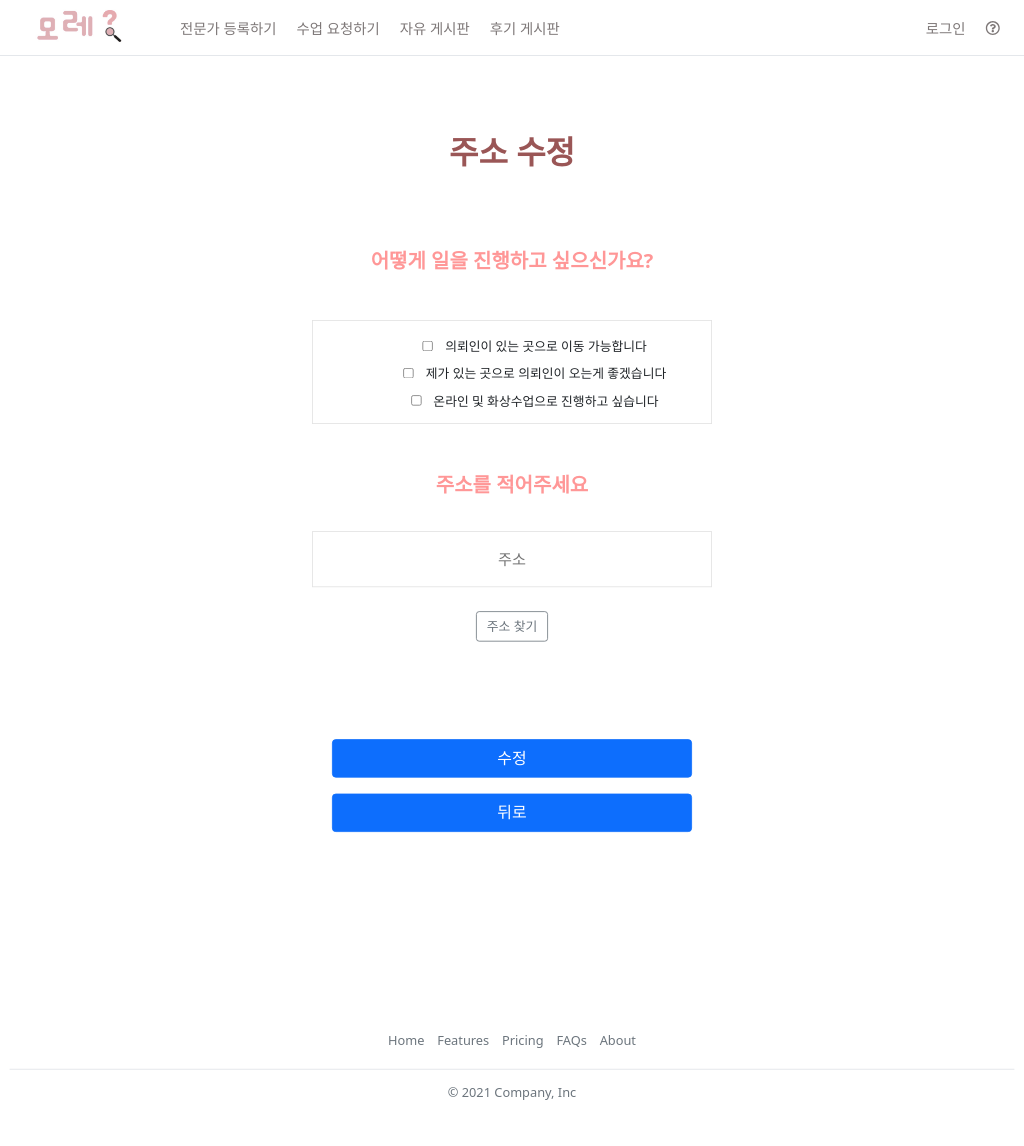
Repository: isssson/MVC2_more
Page: http://localhost/more/WEB-INF/views/expert/expertLocationForm.jsp
An editor plug-in stored every save of this project. The page is shown before and after the next save, followed by the edit.
The browser window is 1280 px wide. The pictures show the whole page, at 80% of full size.
Some web libraries are served in a nearby version. The page is served by Tomcat 9. Nobody is signed in. Other server files are loaded and not shown. The template is opened directly, without the code that normally fills it, so the values that code supplies are empty.

Above is the page before, as saved 2021-12-12 10:17:22.

### more/src/main/webapp/WEB-INF/views/expert/expertLocationForm.jsp
<%@ page language="java" contentType="text/html; charset=UTF-8"
    pageEncoding="UTF-8"%>
<%@ taglib uri="http://java.sun.com/jsp/jstl/core" prefix="c" %>
<!DOCTYPE html>
<html>
<head>
<meta charset="UTF-8">
<link href="resources/css/bootstrap.min.css" rel="stylesheet">
<link href="resources/css/expert/regist3.css" rel="stylesheet">
<link href="resources/css/expert/regist4.css" rel="stylesheet">
<link href="resources/css/expert/expertUpdate.css" rel="stylesheet">
<script src="//t1.daumcdn.net/mapjsapi/bundle/postcode/prod/postcode.v2.js"></script>
<script src="https://cdnjs.cloudflare.com/ajax/libs/jquery/3.4.1/jquery.min.js"></script>
<title>모레-전문가등록</title>

</head>
<body>
<%@ include file="/WEB-INF/views/header.jsp" %>
<div id="section" class="bg-white">
   <h3>주소 수정</h3>
   <form name="expertLocationForm" action="expertLocation.do?id=${sessionScope.sessionId}" id="regist3" method="POST">
       <div class="container">
           <div class="content" style="padding-bottom:0px;">
               <h4 class="subject">어떻게 일을 진행하고 싶으신가요?</h4>
                <div class="service-choice-box">
                     <ul id="id_travel_option">

                         <li><label for="id_travel_option_0"><input type="checkbox" name="process" value="의뢰인이 있는 곳으로 이동 가능합니다" id="id_travel_option_0"
                            <c:if test="${dto.process eq '의뢰인이 있는 곳으로 이동 가능합니다'}">
                        checked
                     </c:if>>의뢰인이 있는 곳으로 이동 가능합니다
                  </label></li>
                         <li><label for="id_travel_option_1"><input type="checkbox" name="process" value="제가 있는 곳으로 의뢰인이 오는게 좋겠습니다" id="id_travel_option_1"
                            <c:if test="${dto.process eq '제가 있는 곳으로 의뢰인이 오는게 좋겠습니다'}">
                        checked
                     </c:if>>제가 있는 곳으로 의뢰인이 오는게 좋겠습니다
                  </label></li>
                         <li><label for="id_travel_option_2"><input type="checkbox" name="process" value="온라인 및 화상수업으로 진행하고 싶습니다" id="id_travel_option_2"
                            <c:if test="${dto.process eq '온라인 및 화상수업으로 진행하고 싶습니다'}">
                        checked
                     </c:if>>온라인 및 화상수업으로 진행하고 싶습니다
                         </label></li>
                     </ul>
                </div>
             </div>
          </div>
          <div class="container">
             <div class="content" style="text-align:center; padding-bottom:50px;">
                <h4 class="subject" style="margin-bottom:20px;">주소를 적어주세요</h4>
                   <input type="hidden" id="sample3_postcode" placeholder="우편번호">
               <input type="hidden" id="sample3_address" placeholder="주소"><br>
               <input type="text" name="ls_location" id="sample3_detailAddress" value="${dto.ls_location}" placeholder="주소" readonly style="height:70px;width:500px;font-size:19px; border:1px solid #e2e2e2; text-align:center;"><br>
               <input type="hidden" id="sample3_extraAddress" placeholder="참고항목">
               <input type="button" class="btn btn-outline-secondary" onclick="sample3_execDaumPostcode()" value="주소 찾기" style="text-align:center; margin:30px auto;">

               <div id="wrap" style="display:none;border:1px solid;width:500px;height:300px;margin:0 auto;position:relative">
               <img src="//t1.daumcdn.net/postcode/resource/images/close.png" id="btnFoldWrap" style="cursor:pointer;position:absolute;right:0px;top:-1px;z-index:1" onclick="foldDaumPostcode()" alt="접기 버튼">
               </div>
             </div>
          </div>
      <div class="updateBt">
           <button class="btn btn-lg btn-primary" type="submit" style="width: 450px; margin-bottom:20px;" >수정</button>
           <button class="btn btn-lg btn-primary" type="button" style="width: 450px;" onclick="location.href='expertProfile.do?id=${sessionScope.sessionId}'">뒤로</button>
        </div>
</form>
</div>
<script>
    // 우편번호 찾기 찾기 화면을 넣을 element
    var element_wrap = document.getElementById('wrap');

    function foldDaumPostcode() {
        // iframe을 넣은 element를 안보이게 한다.
        element_wrap.style.display = 'none';
    }

    function sample3_execDaumPostcode() {
        // 현재 scroll 위치를 저장해놓는다.
        var currentScroll = Math.max(document.body.scrollTop, document.documentElement.scrollTop);
        new daum.Postcode({
            oncomplete: function(data) {
                // 검색결과 항목을 클릭했을때 실행할 코드를 작성하는 부분.

                // 각 주소의 노출 규칙에 따라 주소를 조합한다.
                // 내려오는 변수가 값이 없는 경우엔 공백('')값을 가지므로, 이를 참고하여 분기 한다.
                var addr = ''; // 주소 변수
                var extraAddr = ''; // 참고항목 변수

                //사용자가 선택한 주소 타입에 따라 해당 주소 값을 가져온다.
                if (data.userSelectedType === 'R') { // 사용자가 도로명 주소를 선택했을 경우
                    addr = data.roadAddress;
                } else { // 사용자가 지번 주소를 선택했을 경우(J)
                    addr = data.jibunAddress;
                }

                // 사용자가 선택한 주소가 도로명 타입일때 참고항목을 조합한다.
                if(data.userSelectedType === 'R'){
                    // 법정동명이 있을 경우 추가한다. (법정리는 제외)
                    // 법정동의 경우 마지막 문자가 "동/로/가"로 끝난다.
                    if(data.bname !== '' && /[동|로|가]$/g.test(data.bname)){
                        extraAddr += data.bname;
                    }
                    // 건물명이 있고, 공동주택일 경우 추가한다.
                    if(data.buildingName !== '' && data.apartment === 'Y'){
                        extraAddr += (extraAddr !== '' ? ', ' + data.buildingName : data.buildingName);
                    }
                    // 표시할 참고항목이 있을 경우, 괄호까지 추가한 최종 문자열을 만든다.
                    if(extraAddr !== ''){
                        extraAddr = ' (' + extraAddr + ')';
                    }
                    // 조합된 참고항목을 해당 필드에 넣는다.
                    document.getElementById("sample3_extraAddress").value = extraAddr;

                } else {
                    document.getElementById("sample3_extraAddress").value = '';
                }

                // 우편번호와 주소 정보를 해당 필드에 넣는다.
                document.getElementById('sample3_postcode').value = data.zonecode;
                document.getElementById("sample3_detailAddress").value = addr;
                // 커서를 상세주소 필드로 이동한다.
                document.getElementById("sample3_detailAddress").focus();

                // iframe을 넣은 element를 안보이게 한다.
                // (autoClose:false 기능을 이용한다면, 아래 코드를 제거해야 화면에서 사라지지 않는다.)
                element_wrap.style.display = 'none';

                // 우편번호 찾기 화면이 보이기 이전으로 scroll 위치를 되돌린다.
                document.body.scrollTop = currentScroll;
            },
            // 우편번호 찾기 화면 크기가 조정되었을때 실행할 코드를 작성하는 부분. iframe을 넣은 element의 높이값을 조정한다.
            onresize : function(size) {
                element_wrap.style.height = size.height+'px';
            },
            width : '100%',
            height : '100%'
        }).embed(element_wrap);

        // iframe을 넣은 element를 보이게 한다.
        element_wrap.style.display = 'block';
    }
</script>
      <br>
      <br>
<%@ include file="/WEB-INF/views/footer.jsp" %>
</body>
</html>

### more/src/main/webapp/WEB-INF/views/header.jsp
<%@ page language="java" contentType="text/html; charset=UTF-8"
    pageEncoding="UTF-8"%>
<%@ taglib prefix="c" uri="http://java.sun.com/jsp/jstl/core" %>
<script src="https://use.fontawesome.com/releases/v5.2.0/js/all.js"></script>
<link href="resources/css/header.css" rel="stylesheet">
<!-- ---------------------비회원  -->
<c:if test="${sessionScope.sessionStatus == null }">
	<header>
    <div id="headerContainer">
        <a href="index.do"><img src="resources/img/more_logo.jpg" alt="logo" style="padding: 10px"></a>
        <div id="menubar">
          <div id="leftMenu">
            <div><a href="regist1.do">전문가 등록하기</a></div>
            <div><a href="lessonList.do">수업 요청하기</a></div>
            <div><a href="bbsList.do">자유 게시판</a></div>
            <div><a href="reviewList.do">후기 게시판</a></div>
          </div>
          <div id="rightMenu">
               <div><a href="login.do">로그인</a></div>
               <div><a href="noticeList.do"><i class="far fa-question-circle"></i></a></div>
          </div>
        </div>
      </div>
	</header>
</c:if>
<!----------------------기본(의뢰인) 로그인중-->
<c:if test="${sessionScope.sessionStatus == 1 }">
	<header>
     <div id="headerContainer">
        <a href="index.do"><img src="resources/img/more_logo.jpg" alt="logo" style="padding: 10px"></a>
        <div id="menubar">
          <div id="leftMenu">
            <div id="client" onmouseover="show()" onmouseout="hide()">
               <a href="#">레슨</a>
              </div>
            <div id="joinExpert">
               <a href="regist1.do">전문가 등록하기</a>
             </div>
            <div><a href="bbsList.do">자유 게시판</a></div>
            <div><a href="reviewList.do">후기 게시판</a></div>
          </div>
          <div id="rightMenu">
            <div>${sessionScope.sessionName }님</div>
            <div><a href="setting.do"><i class="far fa-user fa-1x"></i></a></div>
            <div><a href="noticeList.do"><i class="far fa-question-circle"></i></a></div>
          </div>
        </div>
      </div>
      <div id="hiddenHeaderContainer" onmouseover="show()" onmouseout="hide()">
        <div class="hiddenItem">
          <div class="Item"><a href="suggestList.do">레슨 목록</a></div>
          <div class="Item"><a href="lessonList.do">레슨 요청하기</a></div>
          <div class="Item"><a href="sentRequest.do?id=${sessionScope.sessionId}">보낸 요청</a></div>
          <div class="Item"><a href="receiveSuggest.do?id=${sessionScope.sessionId }">받은 제안</a></div>
          <div class="Item"><a href="m_documentList.do">나의 레슨 내역</a></div>
        </div>
      </div>
	</header>
</c:if>
<!-- -----------------------전문가 로그인중 -->
<c:if test="${sessionScope.sessionStatus == 2 }">
	<header>
     <div id="headerContainer">
       <a href="index.do"><img src="resources/img/more_logo.jpg" alt="logo" style="padding: 10px"></a>
       <div id="menubar">
         <div id="leftMenu">
           <div id="client" onmouseover="show()" onmouseout="hide()">
              <a href="#">레슨</a>
             </div>
           <div><a href="bbsList.do">자유 게시판</a></div>
           <div><a href="reviewList.do">후기 게시판</a></div>
         </div>
         <div id="rightMenu">
           <div>${sessionScope.sessionName }님</div>
           <div><a href="setting.do"><i class="far fa-user fa-1x"></i></a></div>
		   <div><a href="noticeList.do"><i class="far fa-question-circle"></i></a></div>
         </div>
       </div>
     </div>
     <div id="hiddenHeaderContainer" onmouseover="show()" onmouseout="hide()">
       <div class="hiddenItem">
       	 <div class="Item"><a href="requestList.do">요청서 목록</a></div>
       	 <div class="Item"><a href="suggest.do">레슨 제안하기</a></div>
         <div class="Item"><a href="sentsuggest.do?id=${sessionScope.sessionId}">보낸 제안</a></div>
		 <div class="Item"><a href="m_documentList.do">나의 레슨 내역</a></div>
       </div>
     </div>
	</header>
</c:if>
   <script>
       function show(){
         document.getElementById('hiddenHeaderContainer').style.display='block';
       }
       function hide(){
         document.getElementById('hiddenHeaderContainer').style.display='none';
       }
  </script>

### more/src/main/webapp/WEB-INF/views/footer.jsp
<%@ page language="java" contentType="text/html; charset=UTF-8"
    pageEncoding="UTF-8"%>
<link href="resources/css/footer.css" rel="stylesheet">
<div class="container-fluid">
  <footer class="py-3 my-4">
    <ul class="nav justify-content-center border-bottom pb-3 mb-3">
      <li class="nav-item"><a href="#" class="nav-link px-2 text-muted">Home</a></li>
      <li class="nav-item"><a href="#" class="nav-link px-2 text-muted">Features</a></li>
      <li class="nav-item"><a href="#" class="nav-link px-2 text-muted">Pricing</a></li>
      <li class="nav-item"><a href="#" class="nav-link px-2 text-muted">FAQs</a></li>
      <li class="nav-item"><a href="#" class="nav-link px-2 text-muted">About</a></li>
    </ul>
    <p class="text-center text-muted">&copy; 2021 Company, Inc</p>
  </footer>
</div>

<div class="b-example-divider"></div>

### more/src/main/webapp/resources/css/expert/regist3.css
@charset "UTF-8";
a {
    text-decoration: none;
}
ul, li {
    list-style: none;
}
#section {
    position: relative;
    padding-bottom: 90px;
}

#section .container {
    width: 960px;
    margin-left: auto;
    margin-right: auto;
}
#id_code {
    padding-left: 0px;
}
.content {
    padding-bottom: 100px;
}
.content h4 {
    margin: 60px 0;
}
.service-choice-box {
    width: 500px;
    margin-left: auto;
    margin-right: auto;
}
/* 하단 버튼 */
#section .container-fluid {
    height: 90px;
    position: absolute;
    bottom: 0;
    width: 100%;
}
a.prev-btn {
    display: inline-block;
    font-size: 18px;
    color: #4d4d4d;
    margin-top: 32px;
}
.service-choice-box input {
    margin: 0;
    margin-left: 25px;
    margin-right: 15px;
}
.blue-btn {
    background-color: #1976de;
    color: #fff;
    border: 1px solid #1367c5;
    border-radius: 4px;
    text-align: center;
}
.step-nav button {
    width: 95px;
    height: 50px;
    font-size: 18px;
    margin-top: 20px;
    float: right;
}
.bg-eee {
    background-color: #eee;
}
.col-xs-6 {
    width: 50%;
    float: left;
    position: relative;
    min-height: 1px;
    padding-left: 15px;
    padding-right: 15px;
}

### more/src/main/webapp/resources/css/expert/regist4.css
@charset "UTF-8";
a {
     text-decoration: none;
 }
 ul, li {
     padding-top: 10px;
     list-style: none;
 }
 #section {
     position: relative;
     padding-bottom: 90px;
 }

 #section .container {
     width: 960px;
     margin-left: auto;
     margin-right: auto;
 }
 #id_code {
     padding-left: 0px;
 }
 .content {
     padding-bottom: 100px;
 }
 .content h4 {
     margin: 60px 0;
 }
 .service-choice-box {
     width: 500px;
     margin-left: auto;
     margin-right: auto;
     border: 1px solid #e2e2e2;
 }
 /* 하단 버튼 */
#section .container-fluid {
    height: 90px;
    position: absolute;
    bottom: 0;
    width: 100%;
}
a.prev-btn {
    display: inline-block;
    font-size: 18px;
    color: #4d4d4d;
    margin-top: 32px;
}
.service-choice-box input {
    margin: 0;
    margin-left: 25px;
    margin-right: 15px;
}
.blue-btn {
    background-color: #1976de;
    color: #fff;
    border: 1px solid #1367c5;
    border-radius: 4px;
    text-align: center;
}
.step-nav button {
    width: 95px;
    height: 50px;
    font-size: 18px;
    margin-top: 20px;
    float: right;
}
.bg-eee {
    background-color: #eee;
}
.col-xs-6 {
    width: 50%;
    float: left;
    position: relative;
    min-height: 1px;
    padding-left: 15px;
    padding-right: 15px;
}

### more/src/main/webapp/resources/css/expert/expertUpdate.css
@charset "UTF-8";

h3 {
    height: 80px;
    line-height: 80px;
    font-size: 40px;
    font-weight: bold;
    text-align: center;
    margin: 80px auto;
    color: #9a5656;
}

.updateBt{
   width:450px;
   height:200px;
   text-align:center;
   margin:0 auto;
   display:flex;
   flex-direction:column;
   justify-content: center;
}

.subject{
	font-size:25px;
	color:#ff9797;
	text-align: center;
	font-weight: bold;
}

.content{
	text-align:center;
     margin-top: 50px;
}
select{
	font-size:26px;
}

### more/src/main/webapp/resources/css/header.css
@charset "UTF-8";
a{
    text-decoration:none;
    color:rgb(26, 25, 25);
}
a:hover{
    color:rgb(26, 25, 25);
}
svg{
    color: #7e7878;
}
svg:hover{
    color: #424040;
    cursor: pointer;
}
#headerContainer{
    width:100%;
    height:70px;
    margin: 0 auto;
    display: flex;
    flex-direction: row;
    border-bottom:1px solid #dee2e6;
}
#headerContainer img{
    width: 200px;
    height: 65px;
    object-fit: cover;
}
#headerContainer #menubar{
    width:100%;
    height: 70px;
    display: flex;
    flex-direction: row;
    justify-content: space-between;
}
#headerContainer #menubar div a{
    font-size: 18px;
    color: #7e7878;
}
#headerContainer #menubar a:hover{
    color: #424040;
    font-weight: bold;
}
#menubar #leftMenu{
    display: flex;
}
#menubar #rightMenu{
    display: flex;
    margin-right: 30px;
}
#menubar #leftMenu div, #menubar #rightMenu div{
    font-size: 18px;
    line-height: 70px;
    margin-left: 25px;
}
#hiddenHeaderContainer{
    position: absolute;
    display: none;
    z-index: 1;
    width:100%;
    height:70px;
    left:50%;
    border-top:1px solid rgb(187, 183, 183);
    border-bottom:1px solid rgb(187, 183, 183);
    transform: translate(-50%);
    background-color: white;
}
#hiddenHeaderContainer .hiddenItem{

    width:100%;
    height:70px;
    margin-left: 170px;
    display: flex;
}
#hiddenHeaderContainer .hiddenItem .Item a{
    font-size: 18px;
    line-height: 70px;
    margin-left: 50px;
    color: #7e7878;
}
#hiddenHeaderContainer .hiddenItem .Item a:hover{
    color: #424040;
    font-weight: bold;
}

### more/src/main/webapp/resources/css/footer.css
@charset "UTF-8";
li {
	border-top: none;
}

Loaded but not shown: more/src/main/webapp/resources/css/bootstrap.min.css (library)

After the next save:
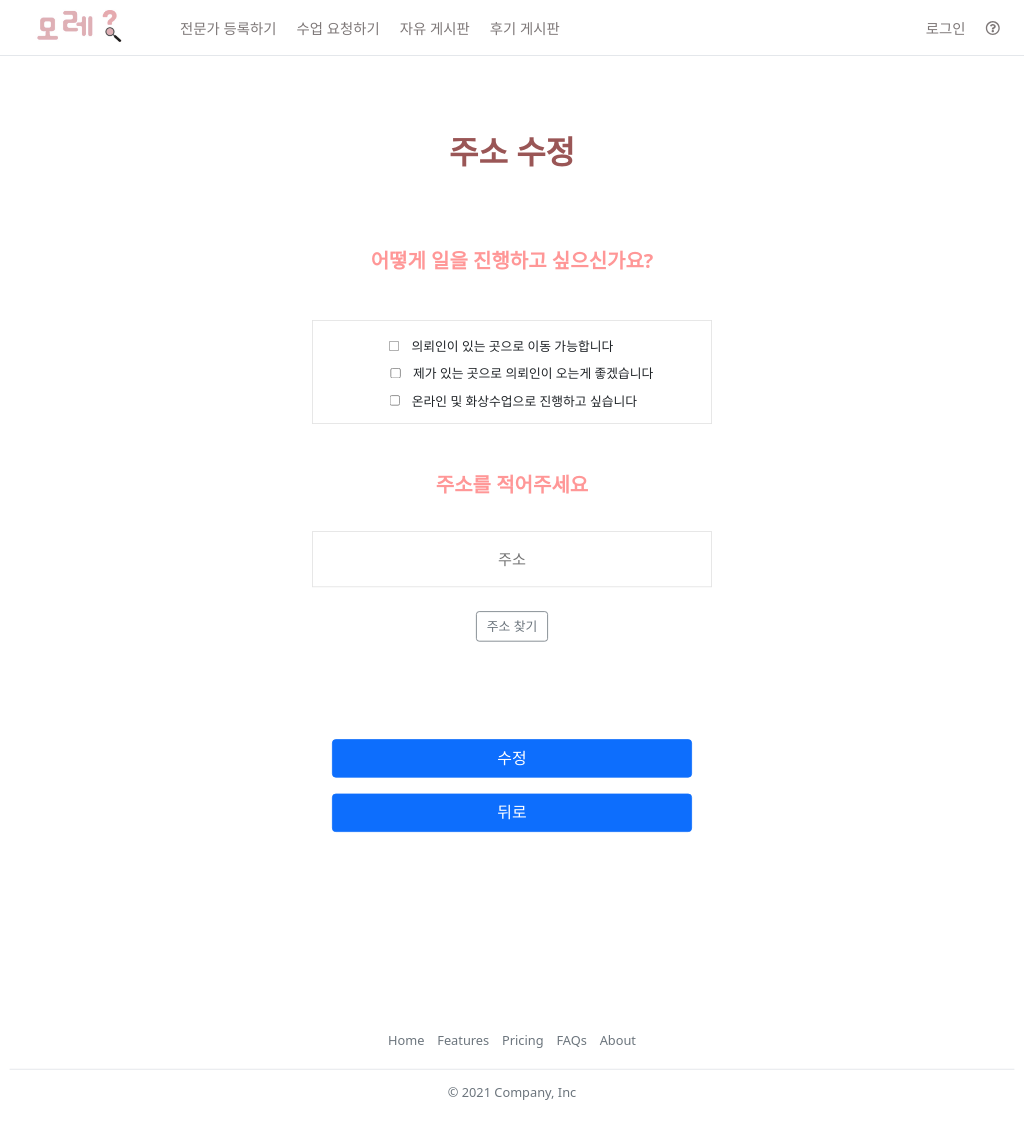
Saved 16 s later.
--- a/more/src/main/webapp/WEB-INF/views/expert/expertLocationForm.jsp
+++ b/more/src/main/webapp/WEB-INF/views/expert/expertLocationForm.jsp
@@ -23,9 +23,9 @@
            <div class="content" style="padding-bottom:0px;">
                <h4 class="subject">어떻게 일을 진행하고 싶으신가요?</h4>
                 <div class="service-choice-box">
-                     <ul id="id_travel_option">
+                     <ul id="id_travel_option" style="padding-left: 0px;">
 
-                         <li><label for="id_travel_option_0"><input type="checkbox" name="process" value="의뢰인이 있는 곳으로 이동 가능합니다" id="id_travel_option_0"
+                         <li><label for="id_travel_option_0" style="padding-right: 52px;"><input type="checkbox" name="process" value="의뢰인이 있는 곳으로 이동 가능합니다" id="id_travel_option_0"
                             <c:if test="${dto.process eq '의뢰인이 있는 곳으로 이동 가능합니다'}">
                         checked
                      </c:if>>의뢰인이 있는 곳으로 이동 가능합니다
@@ -35,7 +35,7 @@
                         checked
                      </c:if>>제가 있는 곳으로 의뢰인이 오는게 좋겠습니다
                   </label></li>
-                         <li><label for="id_travel_option_2"><input type="checkbox" name="process" value="온라인 및 화상수업으로 진행하고 싶습니다" id="id_travel_option_2"
+                         <li><label for="id_travel_option_2" style="padding-right: 22px;"><input type="checkbox" name="process" value="온라인 및 화상수업으로 진행하고 싶습니다" id="id_travel_option_2"
                             <c:if test="${dto.process eq '온라인 및 화상수업으로 진행하고 싶습니다'}">
                         checked
                      </c:if>>온라인 및 화상수업으로 진행하고 싶습니다
